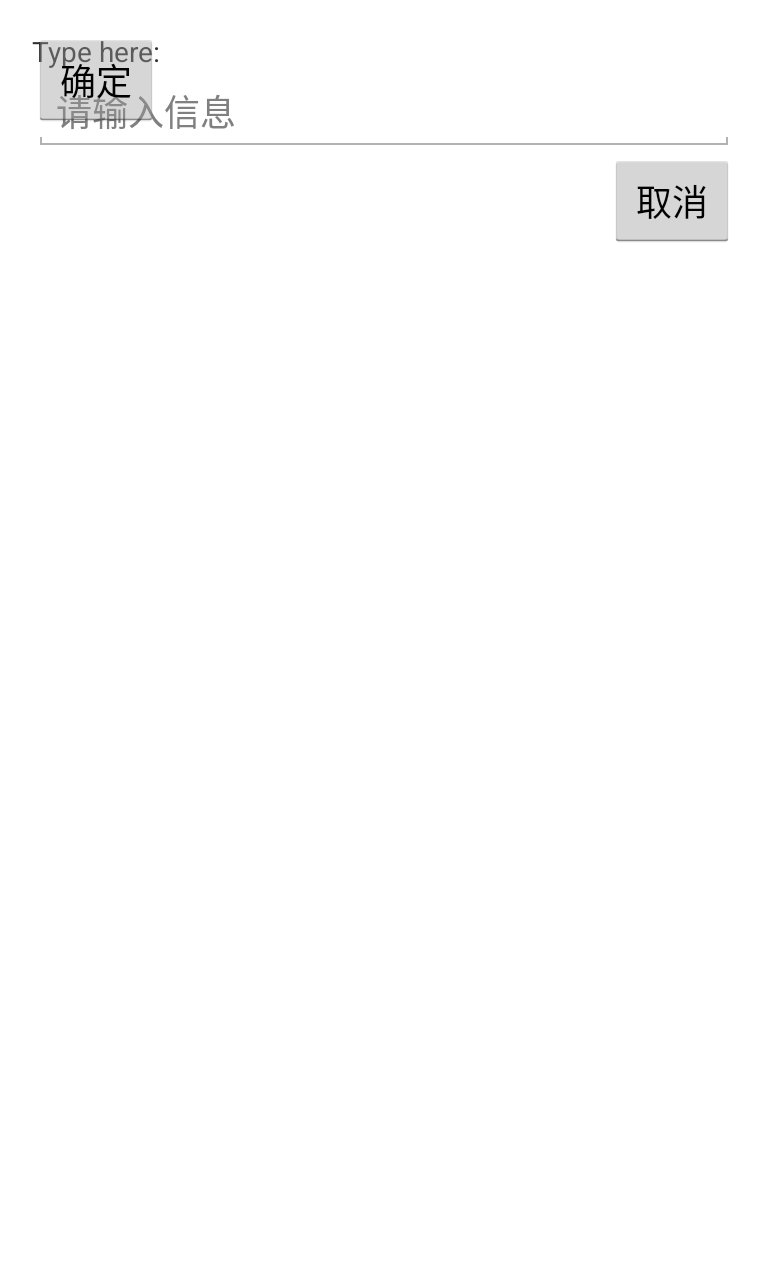
Repository: sonyi/androidClass
Layout: androidExercise/Android_002_RelativeLayout/res/layout/activity_main.xml
The author's editor kept a copy of each file at every save. The layout is drawn from the files as they stood at one save, then again after the next save.
It is drawn on a 768 x 1280 px phone screen (xhdpi) without system bars, with theme AppTheme; the app's code is not run.

Above is the layout before, as saved 2014-05-29 04:46:49.

### androidExercise/Android_002_RelativeLayout/res/layout/activity_main.xml
<RelativeLayout xmlns:android="http://schemas.android.com/apk/res/android"
    xmlns:tools="http://schemas.android.com/tools"
    android:layout_width="match_parent"
    android:layout_height="match_parent"
    android:paddingBottom="@dimen/activity_vertical_margin"
    android:paddingLeft="@dimen/activity_horizontal_margin"
    android:paddingRight="@dimen/activity_horizontal_margin"
    android:paddingTop="@dimen/activity_vertical_margin"
    tools:context=".MainActivity" >

    <TextView
        android:id="@+id/tv_lable"
        android:layout_width="wrap_content"
        android:layout_height="wrap_content"
        android:text="Type here:" />

    <EditText
        android:id="@+id/et_entry"
        android:layout_width="match_parent"
        android:layout_height="wrap_content"
        android:layout_below="@+id/tv_lable"
        android:hint="请输入信息" />

    <Button
        android:id="@+id/btn_quit"
        android:layout_width="wrap_content"
        android:layout_height="wrap_content"
        android:layout_alignParentRight="true"
        android:layout_below="@+id/et_entry"
        android:text="取消" />

     <Button
        android:id="@+id/btn_ok"
        android:layout_width="wrap_content"
        android:layout_height="wrap_content"
        android:layout_alignTop="@+id/"
        android:text="确定" />
</RelativeLayout>

Loaded but not shown: androidExercise/Android_002_RelativeLayout/res/values/styles.xml (common file); androidExercise/Android_002_RelativeLayout/res/values-v11/styles.xml (common file); androidExercise/Android_002_RelativeLayout/res/values-v14/styles.xml (common file); androidExercise/Android_002_RelativeLayout/res/values/dimens.xml (common file)

After the next save:
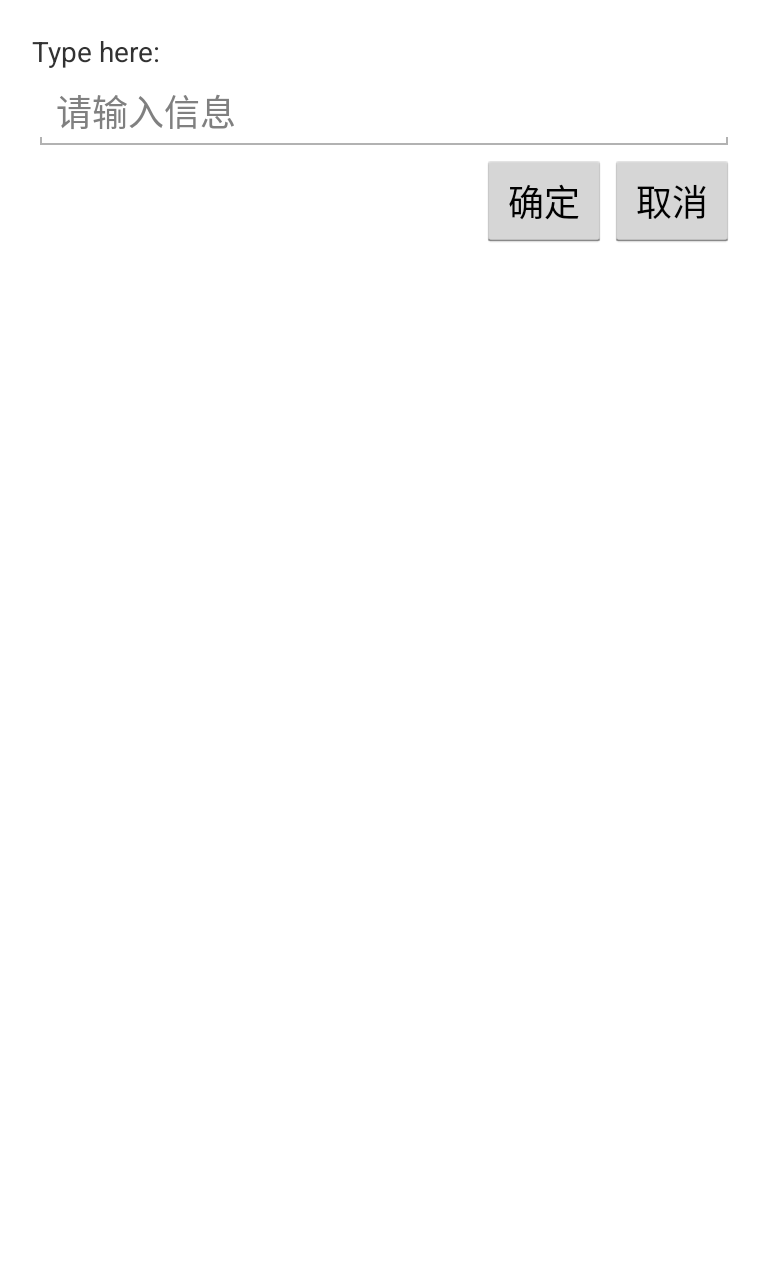
Saved 26 s later.
--- a/androidExercise/Android_002_RelativeLayout/res/layout/activity_main.xml
+++ b/androidExercise/Android_002_RelativeLayout/res/layout/activity_main.xml
@@ -33,6 +33,7 @@
         android:id="@+id/btn_ok"
         android:layout_width="wrap_content"
         android:layout_height="wrap_content"
-        android:layout_alignTop="@+id/"
+        android:layout_alignTop="@+id/btn_quit"
+        android:layout_toLeftOf="@+id/btn_quit"
         android:text="确定" />
 </RelativeLayout>
